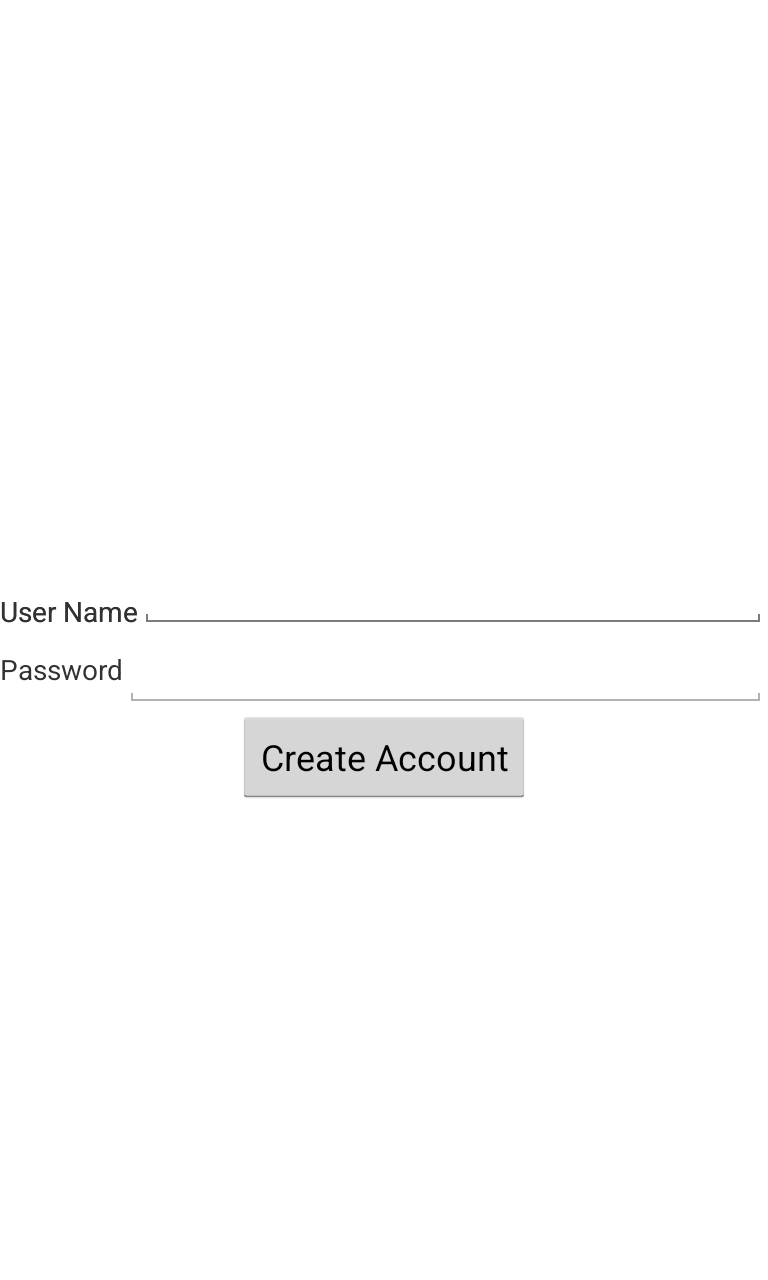
Repository: SaifJamilKhan/Meetup
Layout: MeetUp/res/layout/activity_create_account.xml
An editor plug-in stored every save of this project. The layout is shown before and after the next save, followed by the edit.
It is drawn on a 768 x 1280 px phone screen (xhdpi) without system bars, with theme AppTheme; the app's code is not run.

Above is the layout before, as saved 2014-03-05 02:57:41.

After the next save:
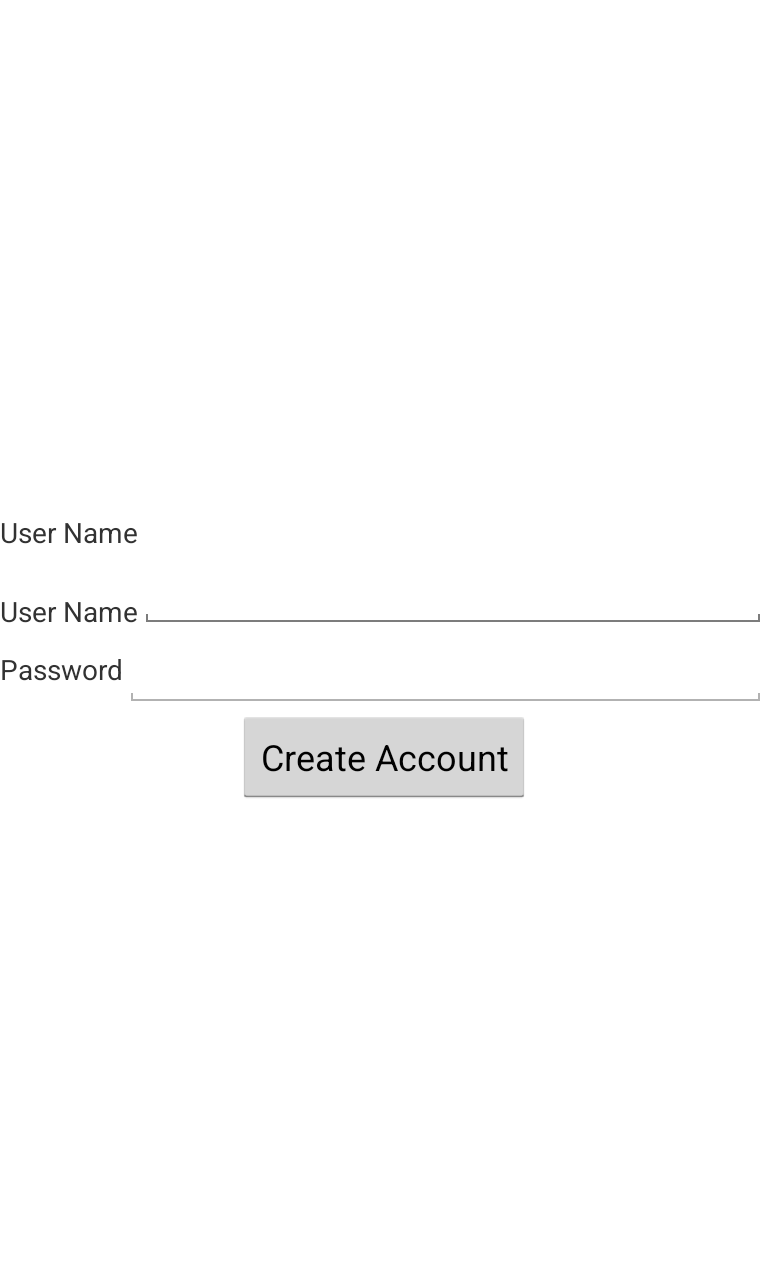
Saved 36 s later.
--- a/MeetUp/res/layout/activity_create_account.xml
+++ b/MeetUp/res/layout/activity_create_account.xml
@@ -33,14 +33,14 @@
         android:layout_height="wrap_content"
         android:layout_alignParentLeft="true"
         android:text="@string/user_name_label"
-        android:layout_above="@id/center_divider" />
+        android:layout_above="@id/create_account_username_text" />
 
     <EditText
         android:id="@+id/create_account_email_text"
         android:layout_width="match_parent"
         android:layout_height="wrap_content"
         android:inputType="text"
-        android:layout_toRightOf="@id/create_account_username_label"
+        android:layout_toRightOf="@id/create_account_email_label"
         android:layout_above="@id/center_divider" />
     <TextView
         android:id="@+id/create_account_password_label"
